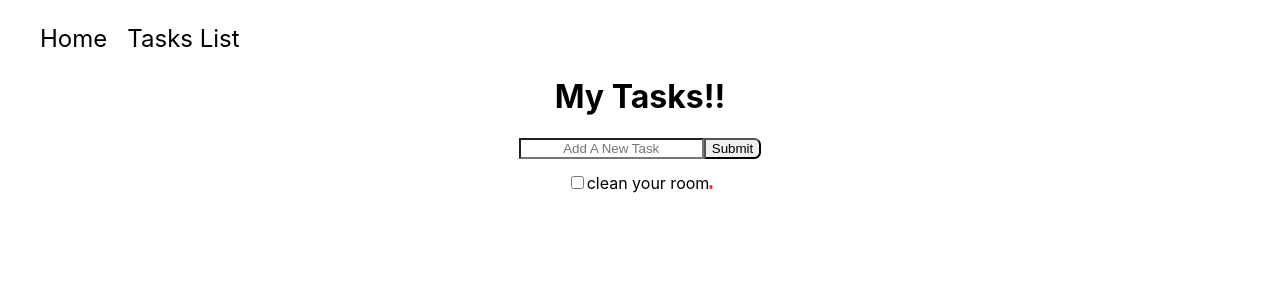
Repository: runner855/abstract_todolist
Page: /
The author's editor kept a copy of each file at every save. The page is drawn from the files as they stood at one save, then again after the next save.
The browser window is 1280 px wide. The pictures show the whole page.
The project was rebuilt for these pictures with package versions that can differ from the ones it lists, and the page was loaded fresh each time.

Above is the page before, as saved 2022-11-09 14:32:10.

### src/App.tsx
import React, { useState, useEffect } from "react";
import { Header } from "./Header";
import { RiDeleteBin5Fill } from "react-icons/ri";
import "./App.css";

export const App = () => {
  const todos = [
    {
      done: false,
      task: "clean your room",
    },
  ];

  type TodosProps = {
    done: boolean;
    task: string;
  };

  const [value, setValue] = useState<string>("");
  // const [list, setList] = useState<string[]>([]);
  const [tasks, setTasks] = useState<TodosProps[]>(todos);

  return (
    <div className="App">
      <Header />
      <h1>My Tasks!!</h1>
      <div className="textbox">
        <input
          type="text"
          placeholder="Add A New Task"
          onChange={(e) => setValue(e.target.value)}
          value={value}
        ></input>

        {
          <button
            className="addtask"
            onClick={() => {
              setTasks([...tasks, { task: value, done: false }]);
              setValue("");
            }}
          >
            Submit
          </button>
        }

        <div className="todo-container">
          {tasks.map((item, index) => {
            return (
              <div className={`single-task `} key={`${item.task}-${index}`}>
                <input
                  type="checkbox"
                  checked={item.done}
                  onChange={() => setTasks([{ ...item, done: !item.done }])}
                />
                {item.task}
                {item.done}
                <a className="delete">
                  <RiDeleteBin5Fill onClick={() => console.log("delete")} />
                </a>
              </div>
            );
          })}
        </div>
      </div>
    </div>
  );
};

### src/Header.tsx
import * as React from "react";
import "./Header.css";

export const Header = () => {
  return (
    <div className="home">
      <ul>
        <li>Home</li>
        <li>Tasks List</li>
      </ul>
    </div>
  );
};

### src/App.css
h1{
  text-align: center;
}

input {
  text-align: center;
  border-radius: 0em;
  margin-bottom: 1em;
}

.textbox{
  text-align: center;
}

.addtask {
  border-radius: 0em 0.5em 0.5em 0em;
}

a{
  cursor: pointer;
}

a:hover{
  border-radius: solid 0.1em blue;

}

svg{
  color:red;
  font-size: 4px;
}

### src/Header.css
ul{
   text-align: left;
   list-style: none;
   font-size: 1.5em;
   display: flex;

}
ul li {
    margin-right: 20px;
}

Loaded but not shown: public/index.html (common file); src/index.tsx (common file); src/index.css (common file)

After the next save:
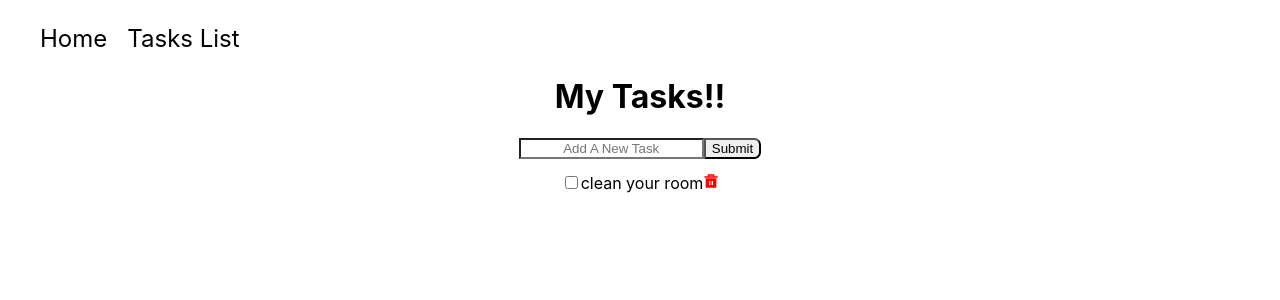
Saved 4 s later.
--- a/src/App.css
+++ b/src/App.css
@@ -27,5 +27,5 @@ a:hover{
 
 svg{
   color:red;
-  font-size: 4px;
+  font-size: 40;
 }
